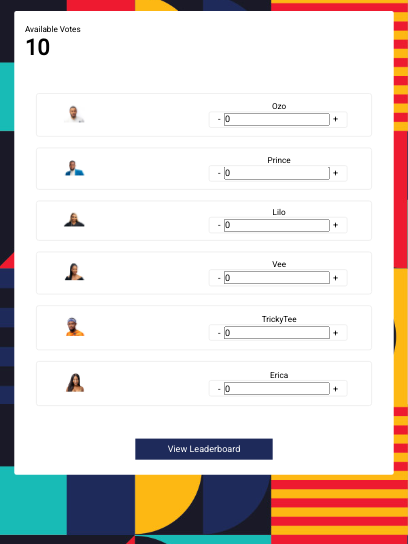
Repository: Eredun/bbn-voting
Page: index.html
These files come from the project's save history. The page is drawn as it stood at one moment and after the next save; the edit follows.
The browser window is 600 px wide. The pictures show the whole page, at 68% of full size.

Above is the page before, as saved 2020-08-21 23:44:17.

### index.html
<!DOCTYPE html>
<html lang="en">
  <head>
    <meta charset="UTF-8" />
    <meta name="viewport" content="width=device-width, initial-scale=1.0" />
    <title>Bbn voting system</title>
    <link rel="stylesheet" href="./style.css" />
    <link
      href="https://fonts.googleapis.com/css2?family=Roboto&display=swap"
      rel="stylesheet"
    />
  </head>
  <body>
    <div class="container">
      <div class="card">
        <div class="panel">
          <span>Available Votes</span>
          <h1 class="total-marks"></h1>
          <div class="progressbar">
            <div class="progress"></div>
          </div>
        </div>
        <div class="user-card">
          <div class="user">
            <div class="user-img">
              <img src="./img/Ozo.jpg" alt="Ozo">
            </div>
            <div class="user-info">
              <span class="username">Ozo</span>
              <div class="vote-container">
                <button class="minus">-</button>
                <!-- <span class="votes">0</span> -->
                <input type="tel" name="votes" class="votes" value="0">
                <button class="plus">+</button>
              </div>
            </div>
          </div>
          <div class="user">
            <div class="user-img">
              <img src="./img/Prince.jpg" alt="Prince">
            </div>
            <div class="user-info">
              <span class="username">Prince</span>
              <div class="vote-container">
                <button class="minus">-</button>
                <!-- <span class="votes">0</span> -->
                <input type="tel" name="votes" class="votes" value="0">
                <button class="plus">+</button>
              </div>
            </div>
          </div>
          <div class="user">
            <div class="user-img">
              <img src="./img/Lilo.jpg" alt="Lilo">
            </div>
            <div class="user-info">
              <span class="username">Lilo</span>
              <div class="vote-container">
                <button class="minus">-</button>
                <!-- <span class="votes">0</span> -->
                <input type="tel" name="votes" class="votes" value="0">
                <button class="plus">+</button>
              </div>
            </div>
          </div>
          <div class="user">
            <div class="user-img">
              <img src="./img/Vee.jpg" alt="Vee">
            </div>
            <div class="user-info">
              <span class="username">Vee</span>
              <div class="vote-container">
                <button class="minus">-</button>
                <!-- <span class="votes">0</span> -->
                <input type="tel" name="votes" class="votes" value="0">
                <button class="plus">+</button>
              </div>
            </div>
          </div>
          <div class="user">
            <div class="user-img">
              <img src="./img/TrikyTee.jpg" alt="Tricky" />
            </div>
            <div class="user-info">
              <span class="username">TrickyTee</span>
              <div class="vote-container">
                <button class="minus">-</button>
                <!-- <span class="votes">0</span> -->
                <input type="tel" name="votes" class="votes" value="0">
                <button class="plus">+</button>
              </div>
            </div>
          </div>
          <div class="user">
            <div class="user-img">
              <img src="./img/Erica.jpg" alt="" />
            </div>
            <div class="user-info">
              <span class="username">Erica</span>
              <div class="vote-container">
                <button class="minus">-</button>
                <!-- <span class="votes">0</span> -->
                <input type="tel" name="votes" class="votes" value="0">
                <button class="plus">+</button>
              </div>
            </div>
          </div>
        </div>

        <div class="redirect">
          <button class="view">View Leaderboard</button>
          <span class="error"></span>
        </div>
      </div>
      <div class="leaderboard">
        <div class="card">
          <h2>Leaderboard</h2>

          <div class="user-info">
            <div class="user">
              <div class="user-img">
                <img src="" alt="" />
              </div>
              <div class="user-text">
                <p class="username"></p>
                <div class="marks">
                  <span></span>
                </div>
              </div>
            </div>
            <div class="user">
              <div class="user-img">
                <img src="" alt="" />
              </div>
              <div class="user-text">
                <p class="username"></p>
                <div class="marks">
                  <span></span>
                </div>
              </div>
            </div>
            <div class="user">
              <div class="user-img">
                <img src="" alt="" />
              </div>
              <div class="user-text">
                <p class="username"></p>
                <div class="marks">
                  <span></span>
                </div>
              </div>
            </div>
            <div class="user">
              <div class="user-img">
                <img src="" alt="" />
              </div>
              <div class="user-text">
                <p class="username"></p>
                <div class="marks">
                  <span></span>
                </div>
              </div>
            </div>
            <div class="user">
              <div class="user-img">
                <img src="" alt="" />
              </div>
              <div class="user-text">
                <p class="username"></p>
                <div class="marks">
                  <span></span>
                </div>
              </div>
            </div>
            <div class="user">
              <div class="user-img">
                <img src="" alt="" />
              </div>
              <div class="user-text">
                <p class="username"></p>
                <div class="marks">
                  <span></span>
                </div>
              </div>
            </div>
          </div>
          <div class="redirect">
            <button class="back">Back To Vote</button>
            <div class="userEviction">
              <p></p>
            </div>
          </div>
        </div>
      </div>
    </div>
    <script src="./app.js"></script>
  </body>
</html>

### style.css
* {
    padding: 0;
    margin: 0;
    box-sizing: border-box;
    outline-style: none;
    font-family: 'Roboto', sans-serif;
}

body {
    background: url("./img/image.png");
    width: 100%;
    background-repeat: repeat;
}

span, p {
    font-size: 16px !important;
}

button {
    cursor: pointer;
}

.container {
    width: 98%;
    margin: 0 auto;
    overflow: hidden;
}

.card {
    height: auto;
    width: 50%;
    background: #fff;
    border-radius: .2rem;
    padding: 1rem 1rem .4rem 1rem;
    margin: 1rem auto;
}

.marks-panel {
    padding: .5rem 0;
    margin: 1rem auto;
    background: #232B3D;
    border-radius: .2rem;
    text-align: center;
}

.marks-panel span {
    color: #fff;
    display: block;
    font-weight: 500;
}

.marks-panel h1 {
    color: #fff;
    opacity: 60%;
    padding: .5rem 0;
}

.marks-panel .progressbar {
    width: 95%;
    height: .4rem;
    margin: 1rem auto;
    background: #3B4558;
    border-radius: 1.5rem;
}

.progressbar .progress {
    width: 100%;
    height: 100%;
    background: #F7B354;
    border-radius: inherit;
    box-shadow: 0px, 4px rgba(0, 0, 0, 0.25);
    transition: width linear .4s;
}

/* INput styling */
.input-votes{
    width: 98%;
    margin: .5rem auto;
    text-align: center;
}

.input-votes input, select{
    border: none;
    background: #e4e4e4;
    padding: .5rem 2rem;
    margin: .4rem .2rem;
}
.input-votes  button{
    border: none;
    padding: .5rem 2rem;
    color: #fff;
    background: #1E2A5A;
}
.input-votes .input-error{
    color: red;
}


/* User card styling */

.user-card {
    width: 100%;
    padding: 1rem;
    display: grid;
    grid-template-columns: repeat(2, 1fr);
    grid-gap: 1rem;
}

.user {
    border: 1px solid rgb(233, 233, 233);
    border-radius: 4px;
    display: flex;
}

.user .user-img {
    width: 50%;
    padding: .5rem;
}

.user-img img {
    width: 30px;
}

.user-info {
    display: flex;
    align-items: center;
    justify-content: center;
    flex-direction: column;
}

.user-info span {
    font-size: 1rem;
    display: block;
}

.vote-container {
    border: 1px solid rgb(233, 233, 233);
    display: flex;
    align-items: center;
    align-content: center;
    justify-content: space-between;
    border-radius: .2rem;
    padding: .1rem .5rem;
    margin: 0 .2rem 0 0;
}

.vote-container button {
    border: none;
    background: none;
    margin: 0 .3rem;
}

.redirect {
    margin: 1rem auto;
    text-align: center;
}

.redirect button {
    border: none;
    color: #fff;
    background: #1E2A5A;
    padding: .5rem 3rem;
}

.redirect span {
    font-size: .6rem !important;
    display: block;
    margin: .5rem 0;
    color: red;
    font-weight: 500;
}

/* Leaderboard Styling */

.leaderboard {
    width: 50%;
    background: rgba(51, 51, 51, 0.644);
    border-radius: .2rem;
    padding: 1rem 1rem .4rem 1rem;
    position: fixed;
    top: 0;
    left: 0;
    right: 0;
    bottom: 0;
    width: 100%;
    height: 100%;
    opacity: 0;
    pointer-events: none;
    transition: all linear .4s;
}

.leaderboard h2 {
    text-align: center;
    color: #26282c;
    font-size: 1rem;
    margin: 2rem auto;
}

.leaderboard .user-info {
    display: grid;
    grid-template-columns: repeat(2, 1fr);
    grid-gap: 1rem;
}

.leaderboard .user-info .user {
    border-radius: none !important;
    display: flex;
    align-items: center;
    justify-content: space-between;
    padding: 0 .5rem;
}

.leaderboard p {
    font-size: 13px !important;
    padding: 0 .2rem;
}

.leaderboard .user-text {
    display: flex;
    align-items: center;
}

.leaderboard .marks {
    height: 2rem;
    width: 2rem;
    background: #1E2A5A;
    border-radius: 50%;
    text-align: center;
}

.marks span {
    display: block;
    line-height: 30px;
    color: white;
}

.leaderboard .userEviction p {
    margin: 1rem 0;
    color: #18BBB6;
    font-size: 13px !important;
    font-weight: 500;
}

/* Media queries */


@media (max-width:998px){
    .input-votes{
        width: 80%;
        display: flex;
        flex-direction: column;
    }

    .input-votes button{
        width: 98%;
        margin: .4rem auto;
    }
}
@media(max-width:650px) {
    p, span {
        font-size: 12px !important;
    }
    .user-card {
        display: block;
        margin: 1rem 0;
    }
  .user-card  .user {
        align-items: center;
        justify-content: space-between;
        padding: .5rem 2rem;
    }
    .user-text .username{
       padding: 0 .6rem;
    }
    .container .card{
        width: 95% !important;
    }
    .user {
        margin: 1rem 0;
    }
    .leaderboard .user-info {
        display: block;
    }
}



@media (max-width:460px){
    .input-votes{
        width: 100%;
    }
}

### app.js
const housemates = [
  {
    name: 'Ozo',
    votes: 0,
  },
  {
    name: 'Prince',
    votes: 0
  },
  {
    name: 'Lilo',
    votes: 0
  },
  {
    name: 'Vee',
    votes: 0
  },
  {
    name: 'TrickyTee',
    votes: 0
  },
  {
    name: 'Erica',
    votes: 0
  }
];

let votes = 10 ;

const minusBtn = document.querySelectorAll(".minus");
const addBtn = document.querySelectorAll(".plus");
const inputVotes = document.querySelectorAll(".votes");
const progressBar = document.querySelector('.progress');
console.log(inputVotes);

let votesCounter = (document.querySelector(".total-marks"));
votesCounter.textContent = votes

console.log(votesCounter);

const subTotalVotes = () => {
  if (votes === 0) {
    votes = 0;
  } else {
    votes -= 1;
  }
  votesCounter.textContent = votes;
};

const subVotes = () => {
  if (votes === 0) {
    votes = 0
  } else {
    votes -= 1
  }
  votesCounter.textContent = votes;
}

const addVotes = () => {
    votes += 1;
  votesCounter.textContent = votes;
}

for (let i = 0; i < 6; i++) {
  addBtn[i].addEventListener('click', e => {
    if (votes === 0) {
      inputVotes[i].value = inputVotes[i].value;
      console.log(housemates);
    } else {
      console.log('Hello');
      subVotes();
      inputVotes[i].value++;
      let calc = 100 -((10 -votes)/10 * 100);
      console.log(calc);
      progressBar.style.width = `${calc}%`;
      housemates[i].votes = parseInt(inputVotes[i].value);
      console.log(housemates);
    }
  })
}


for(let i = 0; i < 6; i++) {
  minusBtn[i].addEventListener('click', e => {
    if (parseInt(inputVotes[i].value) === 0) {
      inputVotes[i].value = 0
      console.log(inputVotes[i].value);
    } else {
      addVotes();
      inputVotes[i].value--
      let calc = 100 -((10 -votes)/10 * 100);
      console.log(calc);
      progressBar.style.width = `${calc}%`;
      housemates[i].votes = parseInt(inputVotes[i].value);
      console.log(housemates);
    }
  })
}












  //   if (votes === 0) {
  //     value = value
  //   } else {
  //   }
  // }



// addBtn[0].addEventListener('click', e => {
//   addVote();
// });

// addBtn[1].addEventListener('click', e => {
//   addVote();
// });

// for (j = 0; j < 6; j++) {

// }

// const contestants = {
//   totalMarks: 100,
//   users: [
//     {
//       name: "Erica",
//       votes: 0,
//       id: 0,
//       imgSrc: "./img/Erica.jpg",
//     },
//     {
//       name: "Lilo",
//       votes: 0,
//       id: 1,
//       imgSrc: "./img/Lilo.jpg",
//     },
//     {
//       name: "Ozo",
//       votes: 0,
//       id: 2,
//       imgSrc: "./img/Ozo.jpg",
//     },
//     {
//       name: "Prince",
//       votes: 0,
//       id: 3,
//       imgSrc: "./img/Prince.jpg",
//     },
//     {
//       name: "TrikyTee",
//       votes: 0,
//       id: 4,
//       imgSrc: "./img/TrikyTee.jpg",
//     },
//     {
//       name: "Vee",
//       votes: 0,
//       id: 5,
//       imgSrc: "./img/Vee.jpg",
//     },
//   ],
// };

// total.textContent = contestants.totalMarks;

// //Input Validation
// const selectName = $(".name");
// const inputVote = $(".number-of-votes");
// const addVote = $(".add-vote");
// const inputError = $(".input-error");

// //Insert users in the option tag in the select tag

// contestants.users.map((user)=>{
//   let option = document.createElement("option");
//   option.value = user.name;
//   option.innerHTML = user.name;
//   selectName.appendChild(option)
// })

// selectName.onchange = function(){

// }

// inputVote.onkeyup = function () {
//   this.value > contestants.totalMarks
//     ? (inputError.innerHTML = "vote should'nt be greater than the total marks")
//     : (inputError.innerHTML = "");
// };

// addVote.addEventListener("click", () => {
//  if(inputVote.value == "" || selectName.value == ""){
//  (inputError.textContent = "Please input a name and a number of votes")
//  return;
//  }else{
//   (inputError.value = "");
//  }
//   contestants.users.map((user) => {
//       if (user.name == selectName.value) {
//         user.votes += +inputVote.value;
//         contestants.totalMarks -= +inputVote.value;
//         progressBar.style.width = contestants.totalMarks + "%";
//         total.textContent = contestants.totalMarks;
//         userVotes.forEach((uservote, voteIndex) => {
//           user.id == voteIndex ? (uservote.textContent = user.votes) : "";
//        });
//         selectName.value = "";
//        inputVote.value = "";
//       }

//   });
// });

// //Display username
// const displayUserInfo = () => {
//   contestants.users.map((user) => {
//     userNames.forEach((username, ElementIndex) => {
//       user.id == ElementIndex ? (username.textContent = user.name) : "";
//     });

//     userVotes.forEach((uservote, voteIndex) => {
//       user.id == voteIndex ? (uservote.textContent = user.votes) : "";
//     });
//     userImages.forEach((userImg, imgIndex) => {
//       user.id == imgIndex ? (userImg.src = user.imgSrc) : "";
//     });
//   });
// };
// displayUserInfo();

// //Add vote to the user's score
// addBtn.forEach((btn, index) => {
//   btn.addEventListener("click", () => {
//     contestants.users.map((user, mapIndex, users) => {
//       if (contestants.totalMarks == 0 || user.votes == 100) return;
//       if (index === user.id) {
//         users[index].votes++;
//         contestants.totalMarks--;
//         total.textContent = contestants.totalMarks;
//         progressBar.style.width = contestants.totalMarks + "%";
//       }
//       userVotes.forEach((uservote, voteIndex) => {
//         voteIndex == user.id ? (uservote.textContent = user.votes) : "";
//       });
//     });
//   });
// });

// //Subtract vote to the user's score
// subtractBtn.forEach((btn, index) => {
//   btn.addEventListener("click", () => {
//     contestants.users.map((user, mapIndex, users) => {
//       if (contestants.totalMarks == 100 || user.votes == 0) return;
//       if (index === user.id) {
//         contestants.totalMarks++;
//         users[index].votes--;
//         total.textContent = contestants.totalMarks;
//         progressBar.style.width = contestants.totalMarks + "%";
//       }
//       userVotes.forEach((uservote, voteIndex) => {
//         voteIndex == user.id ? (uservote.textContent = user.votes) : "";
//       });
//     });
//   });
// });

// counts.forEach((count, index) => {
//   count.innerHTML = index + 1;
// });

// //Animate
// const viewBoard = $(".view");
// const backToVote = $(".back");
// const leaderboard = $(".leaderboard");

// //Sorting out according to position and votes

// let newUsers = [];
// const redirectToBoard = () => {
//   let errors = $(".error");
//   if (contestants.totalMarks !== 0) {
//     errors.innerHTML = "*Finish the vote";
//     return;
//   }
//   errors.innerHTML = "";
//   leaderboard.style.opacity = 1;
//   leaderboard.style.pointerEvents = "auto";
//   // LeaderboardImgs.forEach((img) => {});
//   let users2 = contestants.users.map((u) => Object.assign({}, u));
//   let userVotes = [];
//   users2.map((user, index) => {
//     //4
//     userVotes.push(user.votes);
//     userVotes.sort((a, b) => b - a);
//     userVotes.includes(user.votes)
//       ? newUsers.splice(userVotes.indexOf(user.votes), 0, user)
//       : "";
//   });
//   //  console.log(newUsers)
//   newUsers.map((user, index, users) => {
//     LeaderboardNames.forEach((username, ElementIndex) => {
//       index == ElementIndex ? (username.textContent = user.name) : "";
//     });
//     LeaderboardImgs.forEach((userImg, ElementIndex) => {
//       index == ElementIndex ? (userImg.src = user.imgSrc) : "";
//     });
//     lastUser = users[users.length - 1].name;
//     eviction.innerHTML = `${lastUser} was evicted`;
//   });
// };
// const redirectToVote = () => {
//   leaderboard.style.opacity = 0;
//   leaderboard.style.pointerEvents = "none";
//   newUsers = [];
// };

// viewBoard.onclick = redirectToBoard;
// backToVote.onclick = redirectToVote;

// setInterval(function(){
//   if(contestants.totalMarks == 0){
//     addVote.disabled = true;
//     addVote.style.opacity = 0.4;
//   }else{
//     addVote.disabled = false;
//     addVote.style.opacity = 1;
//   }
// },10)

After the next save:
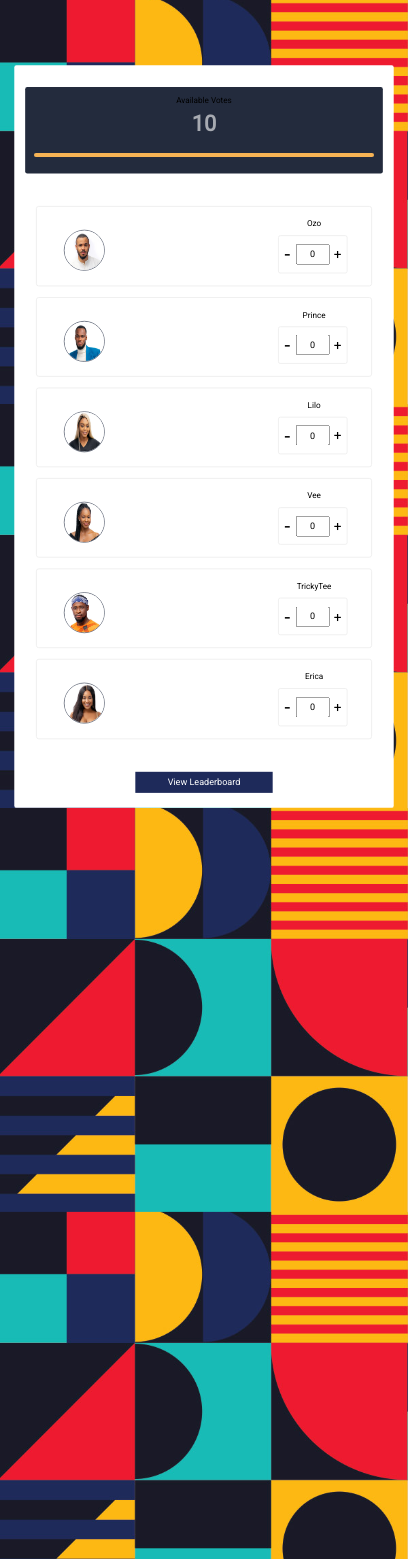
Saved 8 min 43 s later.
--- a/style.css
+++ b/style.css
@@ -31,11 +31,11 @@ button {
     width: 50%;
     background: #fff;
     border-radius: .2rem;
-    padding: 1rem 1rem .4rem 1rem;
-    margin: 1rem auto;
-}
-
-.marks-panel {
+    padding: 16px 16px 6.4px 16px;
+    margin: 96px auto;
+}
+
+.panel {
     padding: .5rem 0;
     margin: 1rem auto;
     background: #232B3D;
@@ -43,19 +43,23 @@ button {
     text-align: center;
 }
 
-.marks-panel span {
-    color: #fff;
-    display: block;
+.votes {
+    /* color: ; */
+    display: block;
+    margin: 10px 0;
+    width: 50px;
+    height: 30px;
     font-weight: 500;
-}
-
-.marks-panel h1 {
+    text-align: center;
+}
+
+.panel h1 {
     color: #fff;
     opacity: 60%;
     padding: .5rem 0;
 }
 
-.marks-panel .progressbar {
+.panel .progressbar {
     width: 95%;
     height: .4rem;
     margin: 1rem auto;
@@ -72,31 +76,15 @@ button {
     transition: width linear .4s;
 }
 
-/* INput styling */
-.input-votes{
-    width: 98%;
-    margin: .5rem auto;
-    text-align: center;
-}
-
-.input-votes input, select{
-    border: none;
-    background: #e4e4e4;
-    padding: .5rem 2rem;
-    margin: .4rem .2rem;
-}
-.input-votes  button{
-    border: none;
-    padding: .5rem 2rem;
-    color: #fff;
-    background: #1E2A5A;
-}
-.input-votes .input-error{
-    color: red;
-}
-
-
 /* User card styling */
+
+.user {
+    border: 1px solid rgb(233, 233, 233);
+    height: auto;
+    border-radius: 4px;
+    display: flex;
+    margin: 15px 0;
+}
 
 .user-card {
     width: 100%;
@@ -106,19 +94,21 @@ button {
     grid-gap: 1rem;
 }
 
-.user {
-    border: 1px solid rgb(233, 233, 233);
-    border-radius: 4px;
-    display: flex;
-}
+
 
 .user .user-img {
     width: 50%;
+
     padding: .5rem;
 }
 
 .user-img img {
-    width: 30px;
+    display: block;
+    height: 60px;
+    width: 60px;
+    border: 1px solid #3B4558;
+    border-radius: 50%;
+    margin-top: 13px;
 }
 
 .user-info {
@@ -128,9 +118,14 @@ button {
     flex-direction: column;
 }
 
-.user-info span {
-    font-size: 1rem;
-    display: block;
+/* .user-info span {
+    font-size: 2rem;
+    display: block;
+} */
+
+.username {
+    font-size: 20px;
+    margin: 10px 0;
 }
 
 .vote-container {
@@ -141,13 +136,24 @@ button {
     justify-content: space-between;
     border-radius: .2rem;
     padding: .1rem .5rem;
-    margin: 0 .2rem 0 0;
+    margin: 0 .2rem 10px 0;
 }
 
 .vote-container button {
     border: none;
     background: none;
-    margin: 0 .3rem;
+    /* margin: 0 .4rem; */
+}
+
+.plus {
+    font-size: 20px;
+    margin-left: 6px;
+
+}
+
+ .minus {
+    font-size: 30px;
+    margin-right: 8px;
 }
 
 .redirect {
@@ -177,11 +183,11 @@ button {
     background: rgba(51, 51, 51, 0.644);
     border-radius: .2rem;
     padding: 1rem 1rem .4rem 1rem;
-    position: fixed;
+    /* position: fixed;
     top: 0;
     left: 0;
     right: 0;
-    bottom: 0;
+    bottom: 0; */
     width: 100%;
     height: 100%;
     opacity: 0;
@@ -256,7 +262,7 @@ button {
         margin: .4rem auto;
     }
 }
-@media(max-width:650px) {
+@media(max-width:790px) {
     p, span {
         font-size: 12px !important;
     }
